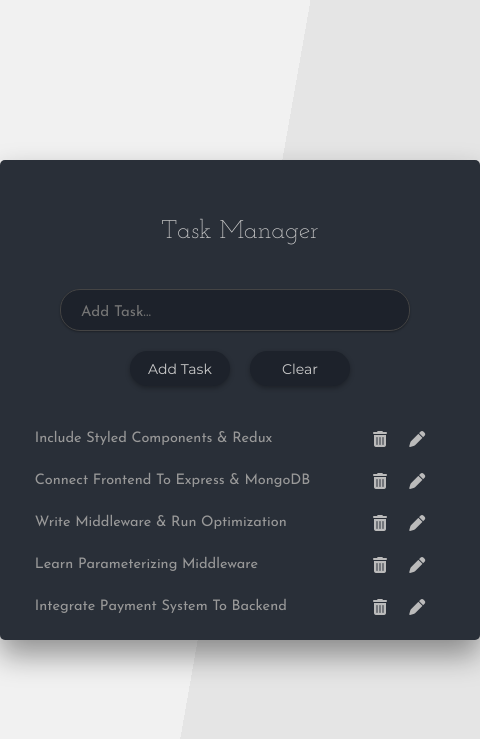
Repository: Kol124/react-task-manager
Page: /
An editor plug-in stored every save of this project. The page is shown before and after the next save, followed by the edit.
The browser window is 480 px wide. The pictures show the whole page.
Some web libraries are served in a nearby version. The project was rebuilt for these pictures with package versions that can differ from the ones it lists, and the page was loaded fresh each time.

Above is the page before, as saved 2021-06-22 20:32:32.

After the next save:
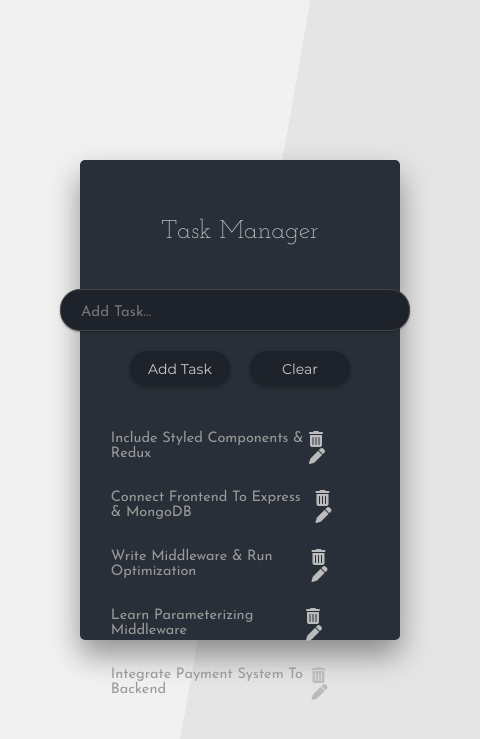
Saved 41 s later.
--- a/src/App.css
+++ b/src/App.css
@@ -26,15 +26,15 @@ html {
 
 .app-wrapper {
   background-color: #292f38;
-  width: 25%;
+  /* width: 25%; */
   /* width: 45rem; */
   height: 60rem;
   padding: 3rem;
   border-radius: 5px;
   box-shadow: 0 15px 30px rgba(0, 0, 0, 0.4);
 
-  @media (min-width: 480px) {
-    width: 100%;
+  @media only screen and (max-width: 480px) {
+    width: 40rem;
   }
 }
 
